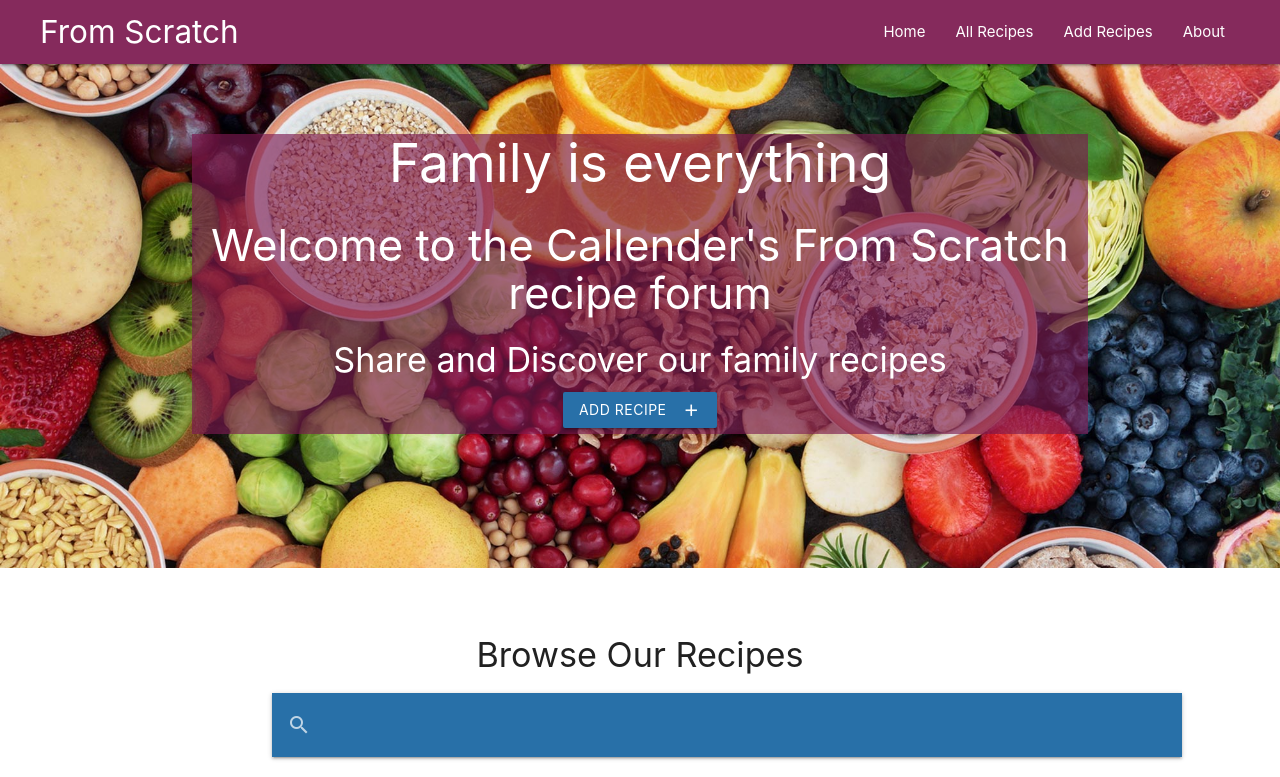
Repository: callendera/MilestoneProject3
Page: templates/recipehome.html
The author's editor kept a record of every edit. The page is drawn from the files as they stood at one moment, then again after the next edit.
The browser window is 1280 px wide. The pictures show the whole page.
Backgrounds fixed to the window are drawn as part of the page. The page is served by the project's application, run on Flask 3 (recipe.py). The template is opened directly, without the code that normally fills it, so the values that code supplies are empty.

Above is the page before.
Console error: SyntaxError: Unexpected token ')'

### templates/recipehome.html
{% extends 'base.html' %} {% block content %}
<div class="callout background-callout">
    <div class="container callout-text-background-color">

        <h2>Family is everything</h2>
        <h3>Welcome to the Callender's From Scratch recipe forum</h3>
        <h4>Share and Discover our family recipes</h4>
        <a href="#modal1" class="font-color modal-trigger"><button class="btn waves-effect waves-light center my-btn-color">Add Recipe
        <i class="material-icons right">add</i></a>

    </div>
</div>

<div id="all-recipes"></div>
</br>
</br>
<div class="container flow-text">
    <h4 class="center">Browse Our Recipes</h4>
    <div class="row recipe-row-margin">
            <nav class="my-search-bar-margin center">
                <div class="nav-wrapper my-btn-color">
                    <form>
                        <div class="input-field">
                            <input id="search" type="search" required>
                            <label class="label-icon" for="search"><i class="material-icons">search</i></label>
                            <i class="material-icons">close</i>
                        </div>
                    </form>
                </div>
            </nav>
        {% for recipes in from_scratch %}
        <div class="col s6">
            <a href="{{url_for('view_recipe', recipe_id=recipes._id)}}"><img class="materialboxed recipe-image" data-caption="{{recipes.recipe_name}}" src="{{recipes.recipe_image}}" alt="No Image Available"></a>
            <p class="recipe-name-margin"><strong>{{recipes.recipe_name}}</strong></p>
        </div>
        {% endfor %}
    </div>
</div>
{% endblock %}

### templates/base.html
<!DOCTYPE html>
<html>

<head>
    <link href="https://fonts.googleapis.com/icon?family=Material+Icons" rel="stylesheet">
    <!--link for Icons in Materialize-->

    <!--JQuery needs to be active before Materialize can render its' data-->

    <link rel="stylesheet" href="https://cdnjs.cloudflare.com/ajax/libs/materialize/1.0.0/css/materialize.min.css">
    <link rel="stylesheet" href="{{url_for('static',filename='css/style.css')}}" type="text/css" />
</head>

<body>
    <div class="navbar-fixed ">
        <nav class="transparent">
            <div class="nav-wrapper my-navbar-margin">
                <a href="index.html" class="brand-logo">From Scratch</a>
                <a href="#" data-target="mobile-nav" class="sidenav-trigger"><i class="material-icons">menu</i></a>
                <ul class="right hide-on-med-and-down">
                    <li><a href="{{ url_for('get_recipes') }}">Home</a></li>
                    <li><a href="#all-recipes">All Recipes</a></li>
                    <li><a class="modal-trigger" href="#modal1">Add Recipes</a></li>
                    <li><a href="mobile.html">About</a></li>
                </ul>
            </div>
        </nav>
    </div>


    <ul class="sidenav" id="mobile-nav">
        <li><a href="{{ url_for('get_recipes') }}">Home</a></li>
        <li><a href="#all-recipes">All Recipes</a></li>
        <li><a class="modal-trigger" href="#modal1">Add Recipes</a></li>
        <li><a href="mobile.html">About</a></li>
    </ul>



    {% block content %}
    <!--contains any content needed for each page, this give a template for such-->
    {% endblock %}
    <div id="modal1" class="modal scale-transition scale-out">
        <div class="modal-content">
            <h3>Add Recipe</h3>
            <div class="row">
                <form class="col s12" action="{{ url_for('insert_recipe') }}" method='POST' onSubmit="alert('Thank You for Sharing your Recipe. View Below')">
                    <div class="row">
                        <div class="input-field col s6">
                            <input id="recipe_name" name="recipe_name" type="text" class="validate" required="" aria-required="true">
                            <label for="recipe_name">Recipe Name</label>
                        </div>

                        <div class="input-field col s6">
                            <select id="recipe_type" name="recipe_type" required="" aria-required="true">
                  <option value="" disabled selected>Choose your option</option>
                  <option value="Vegetarian">Vegetarian</option>
                  <option value="Chicken">Chicken</option>
                  <option value="Beef">Beef</option>
                  <option value="Vegan">Vegan</option>
                  <option value="Fish">Fish</option>
                  <option value="Pork">Pork</option>
                </select>
                            <label>What is your recipe?</label>
                        </div>
                    </div>
                    <div class="row">
                        <div class="input-field col s12">
                            <input placeholder="List all Ingredients and Special Instructions" name="ingredients0" id="ingredients0" type="text" class="validate" required="" aria-required="true">
                            <label for="ingredients0">Ingredients</label>
                        </div>
                    </div>
                    <div class="row">
                        <div class="input-field col s12">
                            <input id="directions0" name="directions0" type="text" class="validate" required="" aria-required="true">
                            <label for="directions0">Directions</label>
                        </div>
                    </div>
                    <div class="row">
                        <div class="input-field col s12">
                            <input id="nutrition0" name="nutrition0" type="text" class="validate" required="" aria-required="true">
                            <label for="nutrition0">Nutrition Facts</label>
                        </div>
                    </div>
                    <div class="row">
                        <div class="col s6">
                            Serves:
                            <div class="input-field inline">
                                <input id="serves" name="serves" type="number" class="validate" required="" aria-required="true">
                                <label for="serves">How Many People? </label>

                            </div>
                        </div>
                        <div class="input-field col s6">
                            <input placeholder="Your Name" id="recipe_by" name="recipe_by" type="text" class="validate" required="" aria-required="true">
                            <label for="recipe_by">Recipe by:</label>
                        </div>
                    </div>
                    <div class="row">
                        <div class="input-field col s12">
                            <input placeholder="Please give the URL of your recipe image" id="recipe_image" name="recipe_image" type="text" class="validate">
                            <label for="recipe_image">Recipe Image</label>
                        </div>
                    </div>
                    <button class="btn waves-effect waves-light modal-close right my-btn-color" type="submit" name="action">Add Recipe
            <i class="material-icons right">add</i>
         </button>
                </form>
            </div>
        </div>

        <script src="https://cdnjs.cloudflare.com/ajax/libs/jquery/3.4.1/jquery.min.js" integrity="sha256-CSXorXvZcTkaix6Yvo6HppcZGetbYMGWSFlBw8HfCJo=" crossorigin="anonymous"></script>
        <script src="https://cdnjs.cloudflare.com/ajax/libs/materialize/1.0.0/js/materialize.min.js"></script>

        <script src='http://code.jquery.com/jquery-3.3.1.min.js'></script>
        <script src='/javascripts/register.js'></script>
        <!-- Script to use Materialize functionality-->
        <script type="text/javascript">
            $(document).ready(function() {
                $('select').formSelect();
            });
        </script>
        <script type="text/javascript">
            $(document).ready(function() {
                $('.collapsible').collapsible();
            });
        </script>
        <script type="text/javascript">
            $(document).ready(function() {
                $('.sidenav').sidenav();
            });
        </script>
        <script type="text/javascript">
            $(document).ready(function() {
                $('.fixed-action-btn').floatingActionButton();
            });
        </script>
        <script type="text/javascript">
            $(document).ready(function() {
                $('.modal').modal();
            });
        </script>


        <!-- script for the collapsibles-->
</body>

</html>

### recipe.py
import os
from flask import Flask, render_template, redirect, request, url_for
from flask_pymongo import PyMongo
from bson.objectid import ObjectId
#sets up application for use with PyMongo, Flask

app = Flask(__name__)
app.config["MONGO_DBNAME"] = 'from_scratch'
#creates link between Database and application
app.config["MONGO_URI"] = os.getenv("MONGO_URI")

#creates application to be tested

mongo = PyMongo(app)

@app.route('/')

@app.route('/get_recipes')
#Display text as proof of concept
def get_recipes():
    from_scratch = mongo.db.recipes.find()
    return render_template( "recipehome.html", from_scratch=from_scratch)

@app.route('/add_recipes')
def add_recipes():
    from_scratch = mongo.db.recipes.find()
    return render_template("recipehome.html")

@app.route('/view_recipe/<recipe_id>')
def view_recipe(recipe_id):
    return render_template('recipedetails.html', from_scratch=mongo.db.recipes.find({'_id': ObjectId(recipe_id)}))

@app.route('/insert_recipe', methods=['POST'])
def insert_recipe():
    from_scratch = mongo.db.recipes
    from_scratch.insert_one(request.form.to_dict())
    return redirect('get_recipes')



if __name__ == '__main__':
    app.run(host=os.environ.get('IP'),
            port=int(os.environ.get('PORT')),
            debug=True)
#So they know how and where to run application

### static/css/style.css
.recipe-image {
    height: 300px;
    width: 400px;
    padding: 20px;
    padding-bottom: 0px;
    margin-top: 20px;
}

.recipe-name-margin {
    margin-top: 0px;
}

.view-recipe-container-margin {
    margin-bottom: 60px;
}

.background-callout {
    /*--- FOR ALL BACKGROUND CONTAINERS sets background image for callout container.
    it is set to not repeat, so the image doesnt stretch, and the image will be centered horizontally and
    pushed to the top of the container. the background will also not scroll, but remained positioned so things will scroll past it---*/
    background: url(../images/home.jpg)no-repeat center center fixed;
    -webkit-background-size: cover;
    -moz-background-size: cover;
    -o-background-size: cover;
    background-size: cover;
    overflow: hidden;
    align-items: center;
    justify-content: center;
    height: 40vh;
}


.callout-text-background-color {
    text-align: center;
    background-color: #7c1a50a3;
    color: white;
    height: 300px;
    margin-top: 400px;


}

.view-recipe-image {
    height: 500px;
    width: 800px;
    margin-left: 125px;
    margin-top: 30px;
}

.recipe-row-margin {
    margin-left: 80px;
}

.my-navbar-margin {
    padding-left: 40px;
    padding-right: 40px;
    background-color: #7c1a50ed;
}

.my-btn-color {
    background-color: #2870a8;
}

.my-btn-color:hover {
    /*--- color of background: blue ---*/
    background-color: #2870a8cf;
    /*--- when mouse is hovered the button will transition for
    .40seconds to a darker green color. the color will gradually ease in and then ease out. ---*/
    transition: all 0.40s ease-in-out;
    -moz-transition: all 0.40s ease-in-out;
    -webkit-transition: all 0.40s ease-in-out;
    -o-transition: all 0.40s ease-in-out;
    /*--- adjustments for each web browser ---*/
}


.my-link-color {
    color: #3384d8;
}

.font-color {
    color: white;
}

.my-search-bar-margin {
    margin-top: 20px;
    width: 910px;
}

/*---Media Queries---*/

/*--- adjustemnts for different screensizes,
    small-->big all features tested on google chrome inspect ---*/

@media (min-width: 576px) {
    .callout-text-background-color {
       margin-top: 200px; ;
    }

}

@media (min-width: 768px) {
    .background-callout {

        background: url("../images/home.jpg")no-repeat center center fixed;
        /*--- adjusts background for different browsers ---*/
        -webkit-background-size: cover;
        -moz-background-size: cover;
        -o-background-size: cover;
        background-size: cover;

        /*--- makes the background fit to the container ---*/
        overflow: hidden;

        /*--- aligns and justifies text in container ---*/
        align-items: center;
        justify-content: center;
        /*--- the height that container will take up in the viewport ---*/
        height: 60vh;
    }
    .callout-text-background-color {
       margin-top: 50px; ;
    }

}

@media (min-width: 992px) {
    .background-callout {

        background: url("../images/home.jpg")no-repeat center center fixed;
        /*--- adjusts background for different browsers ---*/
        -webkit-background-size: cover;
        -moz-background-size: cover;
        -o-background-size: cover;
        background-size: cover;

        /*--- makes the background fit to the container ---*/
        overflow: hidden;

        /*--- aligns and justifies text in container ---*/
        align-items: center;
        justify-content: center;
        /*--- the height that container will take up in the viewport ---*/
        height: 60vh;
    }
    .callout-text-background-color {
       margin-top: 90px; ;
    }
}

@media (min-width: 1200px) {
    .background-callout {

        background: url("../images/foods.jpg")no-repeat center center fixed;
        /*--- adjusts background for different browsers ---*/
        -webkit-background-size: cover;
        -moz-background-size: cover;
        -o-background-size: cover;
        background-size: cover;

        /*--- makes the background fit to the container ---*/
        overflow: hidden;

        /*--- aligns and justifies text in container ---*/
        align-items: center;
        justify-content: center;
        /*--- the height that container will take up in the viewport ---*/
        height: 70vh;
    }
    .callout-text-background-color {
       margin-top: 70px; ;
    }
}

### register.js
$(function(){
    $("#register").on('click', function(event){
        event.preventDefault();
        var username   = $("#username").val();
        var password   = $("#password").val();

        if(!username || !password ||){
            $("#msgDiv").show().html("All fields are required.");
        }
        else{
            $.ajax({
                url: "/register",
                method: "POST",
                data: { user_name: username, password: password }
            }).done(function( data ) {
                if ( data ) {
                    if(data.status == 'error'){
                        var errors = '<ul>';
                        $.each( data.message, function( key, value ) {
                            errors = errors +'<li>'+value.msg+'</li>';
                        });
                        errors = errors+ '</ul>';
                        $("#msgDiv").html(errors).show();
                    }else{
                        $("#msgDiv").removeClass('invalid').addClass('valid').html(data.message).show();
                    }
                }
            });
        }
    });
});

After the next edit:
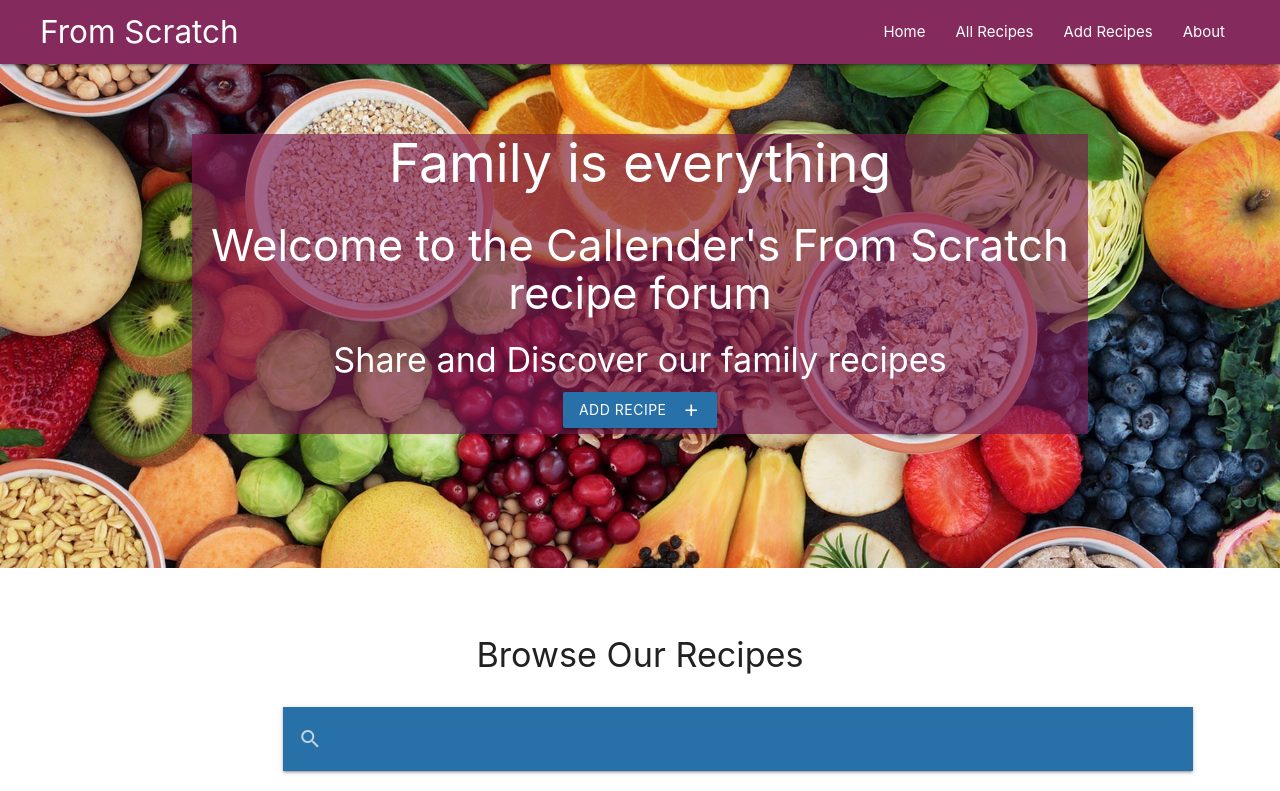
The edit:
--- a/templates/recipehome.html
+++ b/templates/recipehome.html
@@ -17,6 +17,7 @@
 <div class="container flow-text">
     <h4 class="center">Browse Our Recipes</h4>
     <div class="row recipe-row-margin">
+        <div class="col s12">
             <nav class="my-search-bar-margin center">
                 <div class="nav-wrapper my-btn-color">
                     <form>
